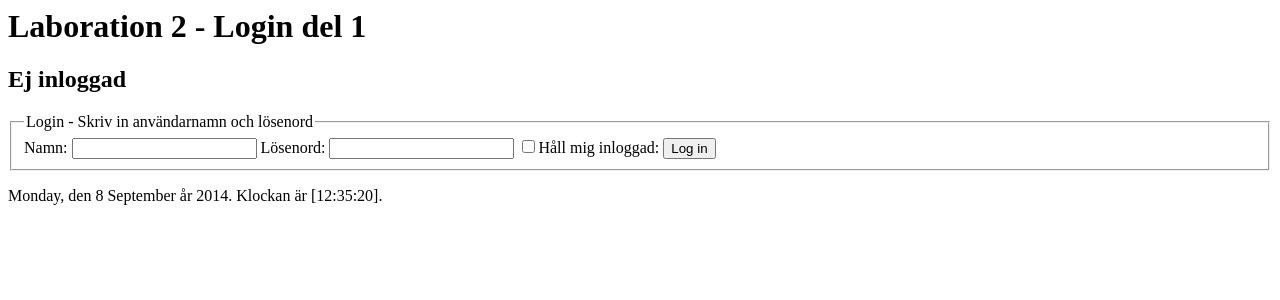
Repository: ed222an/1DV408-Laborationer
Page: http://localhost/
An editor plug-in stored every save of this project. The page is shown before and after the next save, followed by the edit.
The browser window is 1280 px wide. The pictures show the whole page.
The page is run by PHP 8.4 with error messages shown; the project is at /var/www/html/.

Above is the page before, as saved 2014-09-08 13:06:10.

After the next save:
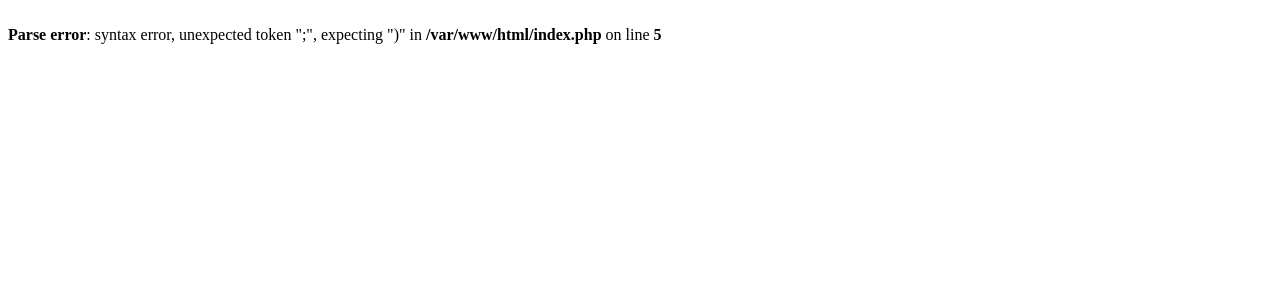
Saved 6 min 32 s later.
--- a/Labb2/Loginsystem/index.php
+++ b/Labb2/Loginsystem/index.php
@@ -2,7 +2,7 @@
 	setlocale(LC_ALL , "swedish"); // Ställer in sidans format så att månad, år, tid etc. visas på svenska.
 
 	// Variabler
-	$weekDay = ucfirst(strftime("%A")); // Hittar veckodagen och gör den första bokstaven stor.
+	$weekDay = ucfirst(utf8_encode((strftime("%A"))); // Hittar veckodagen och gör den första bokstaven stor.
 	$month = ucfirst(strftime("%B")); // Hittar månaden och gör den första bokstaven stor.
 	$year = strftime("%Y");
 	$time = strftime("%H:%M:%S");

After the save that followed:
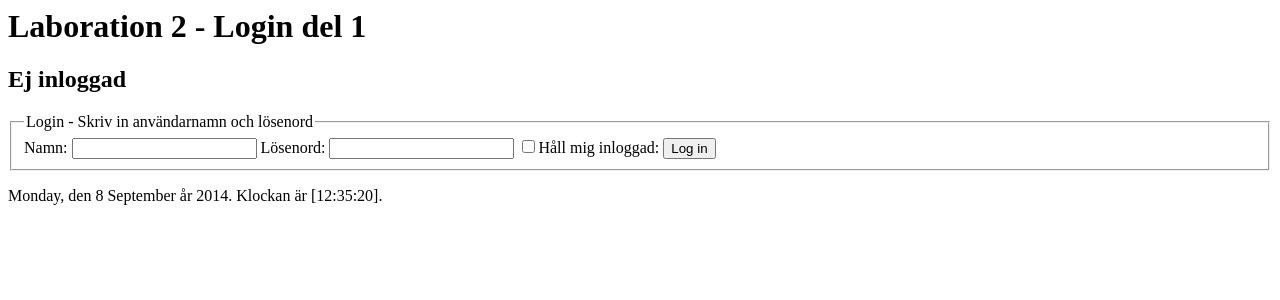
Saved 50 s later.
--- a/Labb2/Loginsystem/index.php
+++ b/Labb2/Loginsystem/index.php
@@ -2,7 +2,7 @@
 	setlocale(LC_ALL , "swedish"); // Ställer in sidans format så att månad, år, tid etc. visas på svenska.
 
 	// Variabler
-	$weekDay = ucfirst(utf8_encode((strftime("%A"))); // Hittar veckodagen och gör den första bokstaven stor.
+	$weekDay = ucfirst(utf8_encode(strftime("%A"))); // Hittar veckodagen och gör den första bokstaven stor.
 	$month = ucfirst(strftime("%B")); // Hittar månaden och gör den första bokstaven stor.
 	$year = strftime("%Y");
 	$time = strftime("%H:%M:%S");
